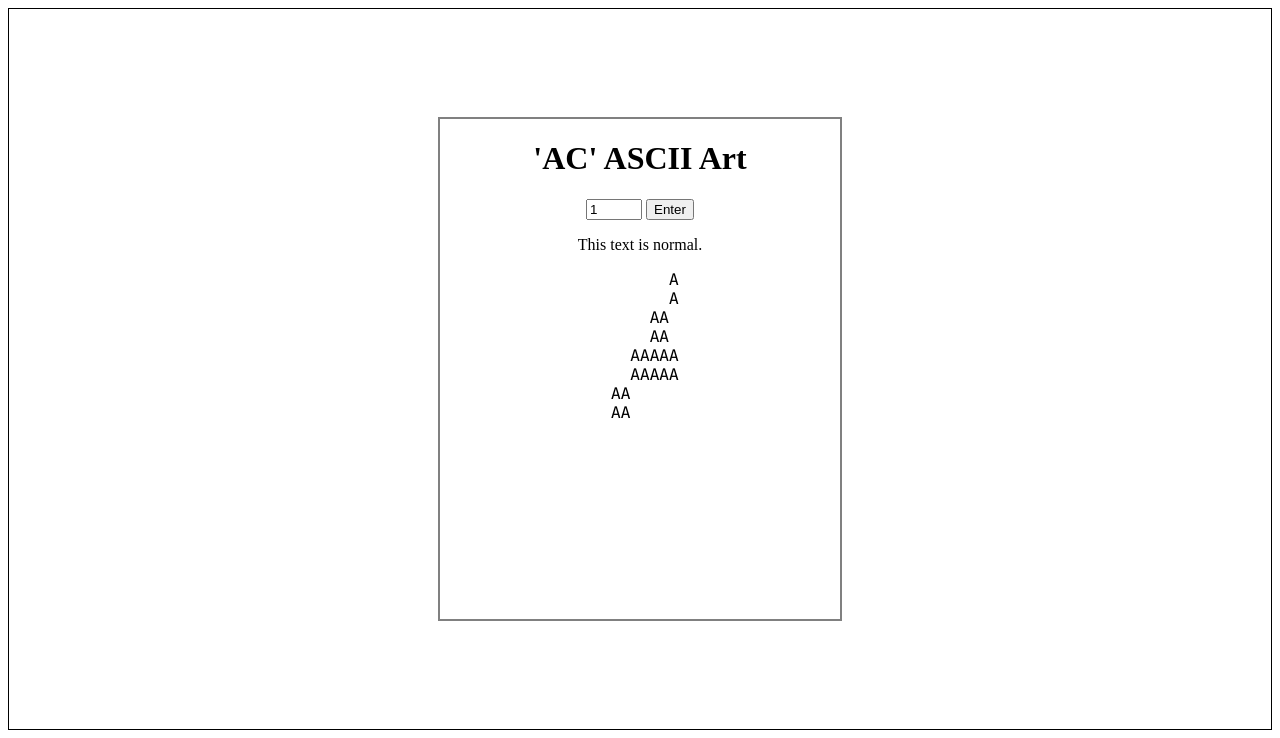
Repository: Achorn/ascii-art
Page: index.html
These files come from the project's save history. The page is drawn as it stood at one moment and after the next save; the edit follows.
The browser window is 1280 px wide. The pictures show the whole page.

Above is the page before, as saved 2021-08-09 17:10:16.

After the next save:
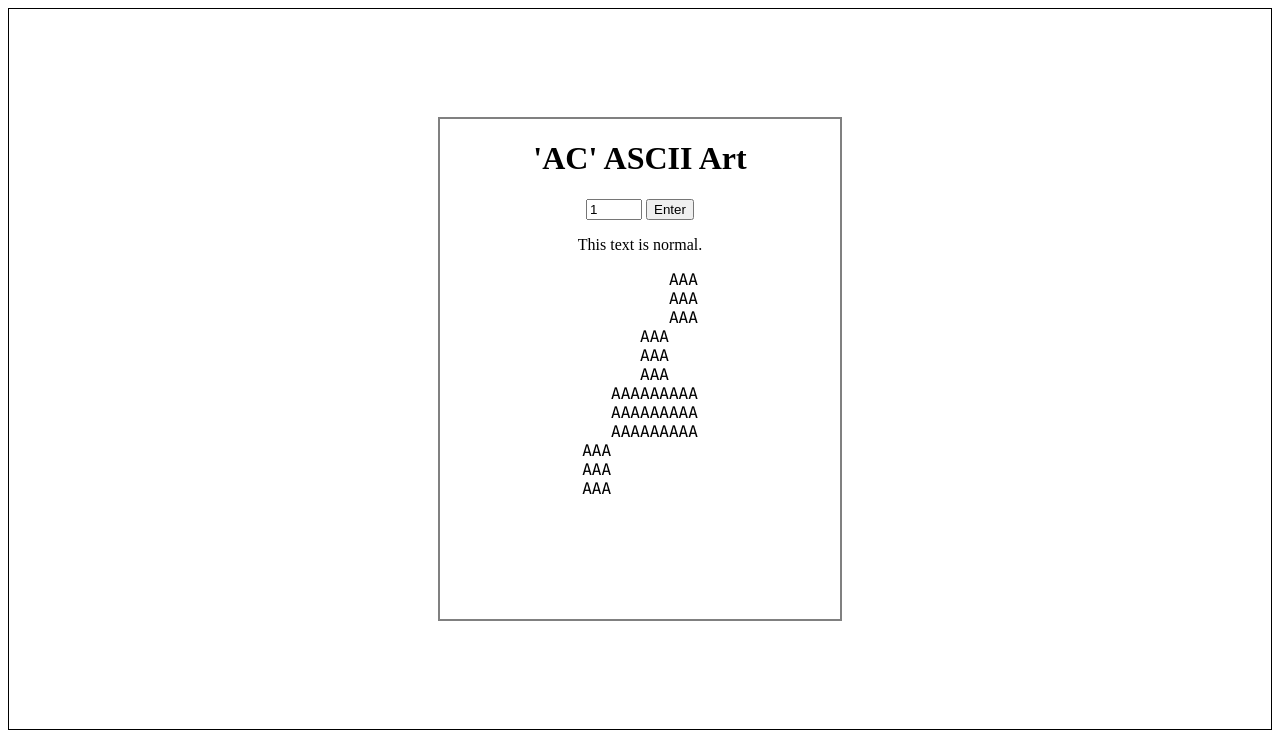
Saved 99 s later.
--- a/myscripts.js
+++ b/myscripts.js
@@ -192,9 +192,9 @@ function trimA(arr, lWidth) {
 }
 
 let mono = document.getElementById("mono");
-let scaled = scaleSpread(four, 2);
-trimA(scaled, 2);
-
-mono.innerHTML = arrToString(scaleSpread(four, 2));
-mono.innerHTML = arrToString(scaled);
+let scaled = scaleSpread(four, 3);
+trimA(scaled, 3);
+
+mono.innerHTML = arrToString(scaleSpread(four, 3));
+// mono.innerHTML = arrToString(scaled);
 // mono.innerHTML += arrToString(scaleSpread(eight, 1));
